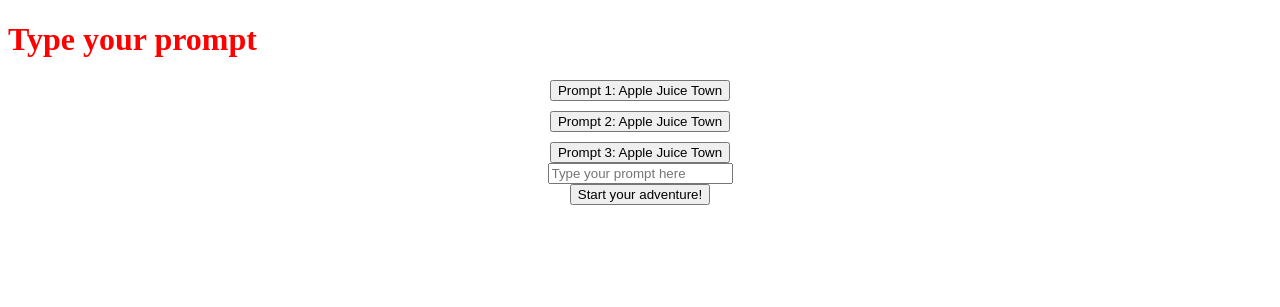
Repository: Appl3Kitti3/PROJECT_4537
Page: ClientSide/index.html
The author's editor kept a copy of each file at every save. The page is drawn from the files as they stood at one save, then again after a run of saves.
The browser window is 1280 px wide. The pictures show the whole page.

Above is the page before, as saved 2024-10-17 20:58:45.

After the next 3 saves:
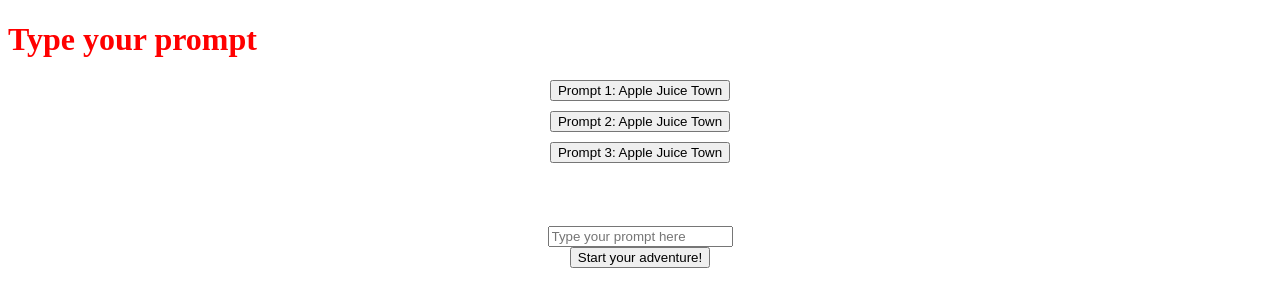
The 3 saves are shown as one change because they came seconds apart.
The last was saved 16 s later.
--- a/ClientSide/index.html
+++ b/ClientSide/index.html
@@ -17,6 +17,12 @@
             .suggestions_container
             {
                 gap: 10px;
+            }
+
+            .main_container
+            {
+                padding: 5%;
+
             }
 
         </style>
